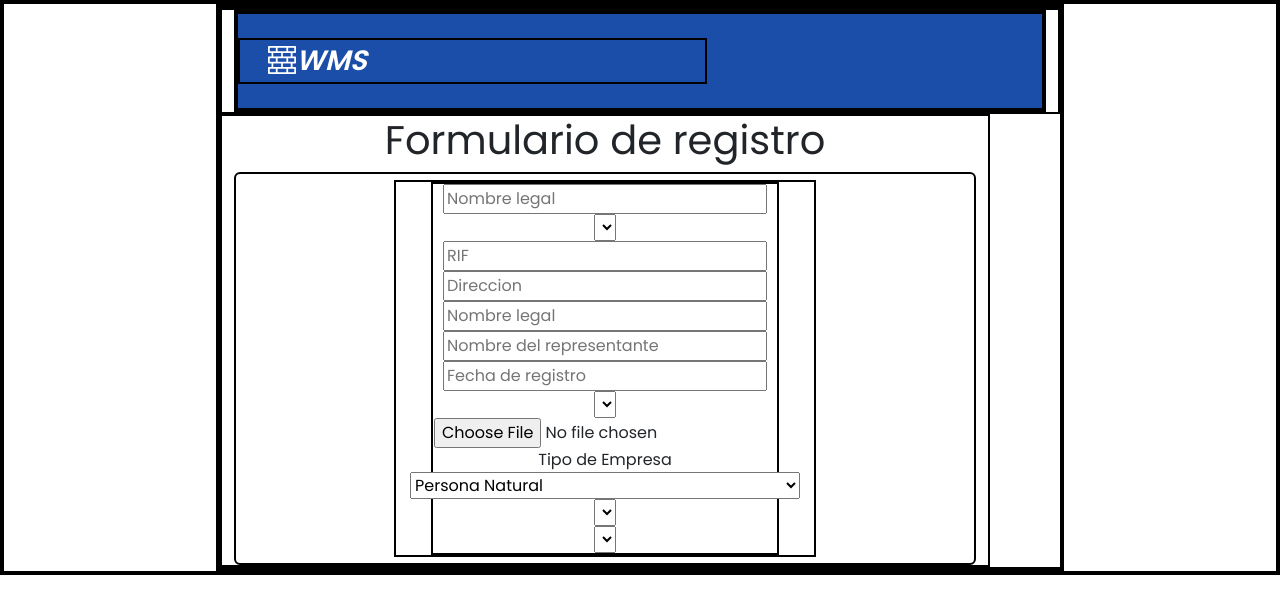
Repository: Rafa-x64/Gestion_inventario_practica
Page: http://localhost/Gestion_inventario/index.php?page=registro-empresa
These files come from the project's save history. The page is drawn as it stood at one moment and after the next save; the edit follows.
The browser window is 1280 px wide. The pictures show the whole page.
The page is run by PHP 8.4 with error messages shown; the project is at /var/www/html/.

Above is the page before, as saved 2025-07-22 17:52:06.

### index.php
<?php
require_once "config/app.php";
require_once "controller/vistaC.php";

$controlador = new vistaC();
$controlador->cargarVista();

### config/app.php
<?php

const SERVERURL = "http://localhost/Gestion_inventario/";

const NOMBRE_APLICACION = "WMS";

const MONEDA = ["bolivar" => "Bs.", "dolar" => "$", "euro" => "€", "pesos" => "$", "real" => "R$"];

date_default_timezone_set("America/Caracas");

### controller/vistaC.php
<?php
require_once("./model/vistaM.php"); //debe incluir el codigo del modelo

class vistaC extends vistaM //extiende del modelo para usar sus metodos
{

    public function cargarVista() //funcion que carga la vista segun la url que se obtiene como parametro
    {
        if (isset($_GET["page"])) { //page es el parametro especificado en .htaccess
            $vista = self::obtenerVista($_GET["page"]); //se asigna esa url a vista si esta establecido
        } else {
            $vista = "inicio-view.php"; //se muestra el inicio si no esta establecido el parametro en la url
        }

        require("view/plantilla.php"); //se requiere la plantilla para poder mostrar esa vista
    }
}

### model/vistaM.php
<?php

class vistaM
{
    //metodo que obtiene la vista que se le asigna en $pagina
    protected static function obtenerVista($pagina) //recive una variable pagina
    {
        $paginas_existentes = ["404", "inicio-sesion", "inicio", "registro-empresa"]; //lista de paginas del proyecto
        if (!in_array($pagina, $paginas_existentes)) { //si no esta en el array entonces...
            return "404-view.php"; //pagina de 404
            exit();
        }

        return $pagina . "-view.php"; //retorna $pagina-view para ser abierta por el controlador si esa pagina existe en la lista
    }
}

### view/plantilla.php
    <?php

    //aqui se ejecuta la vista y se muestran los includes si la pagina cumple cierta condicion

    if ($vista != "inicio-view.php" && $vista != "404-view.php" && $vista != "inicio-sesion-view.php" && $vista != "registro-empresa-view.php") {
        include("view/includes/links.php");
        require("view/includes/header.html");
        include("php/" . $vista);
        require("view/includes/footer.html");
        include("view/includes/scripts.php");
    }

    include("view/includes/links.php");
    require("php/" . $vista);
    include("view/includes/scripts.php");

    ?>

### view/includes/links.php
<!DOCTYPE html>
<html lang="en">

<head>
    <meta charset="UTF-8">
    <meta name="viewport" content="width=device-width, initial-scale=1.0">
    <title><?php echo NOMBRE_APLICACION; ?></title>
    <link href="https://cdn.jsdelivr.net/npm/bootstrap@5.3.7/dist/css/bootstrap.min.css" rel="stylesheet"
        integrity="sha384-LN+7fdVzj6u52u30Kp6M/trliBMCMKTyK833zpbD+pXdCLuTusPj697FH4R/5mcr" crossorigin="anonymous">
    <link rel="stylesheet" href="https://cdn.jsdelivr.net/npm/bootstrap-icons@1.10.5/font/bootstrap-icons.css">
    <link rel="stylesheet" href="<?php echo SERVERURL ?>view/css/bordes.css">
    <link rel="stylesheet" href="<?php echo SERVERURL ?>view/css/inicio-view.css">
    <link rel="shortcut icon" href="<?php echo SERVERURL ?>view/images/bootstrap-fill.ico" type="image/x-icon">
    <link rel="stylesheet" href="<?php echo SERVERURL ?>view/css/registro-empresa-view.css">
</head>

<body>

### view/php/registro-empresa-view.php
<style>
    [class*="col"],
    [class*="row"],
    [class*="section"] {
        border: 2px solid black;
    }

    [class*="container"] {
        border: 2px solid black;
    }
</style>
<div class="container-fluid">
    <div class="row d-flex flex-column align-items-center justify-content-center">
        <div class="col-8 align-items-center justify-content-center">
            <div class="row">
                <div class="col">
                    <header id="barra-navegacion">
                        <div class="container-fluid pt">
                            <div class="row flex-row py-4">
                                <div class="col-7 d-flex flex-row justify-content-start">
                                    <i class="bi bi-bricks fs-3 ps-3 text-white">WMS</i>
                                </div>
                            </div>
                        </div>
                    </header>
                </div>
                <div class="col-11 d-flex flex-column align-items-center justify-content-center">
                    <h1>Formulario de registro</h1>
                    <form action="" method="post" class="form-control d-flex flex-column align-items-center justify-content-center">
                        <div class="row d-flex flex-row align-items-center justify-content-center">
                            <div class="col-10 d-flex flex-column align-items-center justify-content-center">
                                <input type="text" name="" id="nombre_legal" placeholder="Nombre legal">
                                <select name="" id="">
                                    <option value=""></option>
                                    <option value=""></option>
                                    <option value=""></option>
                                    <option value=""></option>
                                    <option value=""></option>
                                    <option value=""></option>
                                </select><input type="text" name="" id="rif" placeholder="RIF"><input type="text" name="" id="direccion" placeholder="Direccion"><input type="text" name="" id="nombre_legal" placeholder="Nombre legal">
                                <input:mail id="correo" placeholder="Correo electronico"></input:mail>
                                <input type="text" name="" id="nombre_representante" placeholder="Nombre del representante"><input type="text" name="" id="fecha_registro" placeholder="Fecha de registro">
                                <select name="" id="">
                                    <option value=""></option>
                                    <option value=""></option>
                                </select><input type="file" name="" id="logo"><label for="">Tipo de Empresa</label>
                                <select name="tipo_empresa" id="">
                                    <option value="persona_natural">Persona Natural</option>
                                    <option value="sociedad_anonima">Sociedad Anónima (S.A.)</option>
                                    <option value="sociedad_de_responsabilidad_limitada">Sociedad de Responsabilidad Limitada (S.R.L.)</option>
                                    <option value="sociedad_comanditaria">Sociedad Comanditaria</option>
                                    <option value="sociedad_civil">Sociedad Civil</option>
                                    <option value="cooperativa">Cooperativa</option>
                                    <option value="fundacion">Fundación</option>
                                    <option value="comunidad_de_bienes">Comunidad de Bienes</option>
                                    <option value="empresa_del_estado">Empresa del Estado</option>
                                    <option value="comercial">Comercial</option>
                                    <option value="industrial">Industrial</option>
                                    <option value="servicios">Servicios</option>
                                    <option value="agropecuario">Agropecuario</option>
                                    <option value="tecnologico">Tecnológico</option>
                                    <option value="salud">Salud</option>
                                    <option value="educacion">Educación</option>
                                    <option value="transporte">Transporte</option>
                                    <option value="construccion">Construcción</option>
                                    <option value="turismo">Turismo</option>
                                    <option value="financiero">Financiero</option>
                                    <option value="energia">Energía</option>
                                    <option value="local">Local</option>
                                    <option value="regional">Regional</option>
                                    <option value="nacional">Nacional</option>
                                    <option value="multinacional">Multinacional</option>
                                    <option value="transnacional">Transnacional</option>
                                    <option value="microempresa">Microempresa</option>
                                    <option value="pequena">Pequeña</option>
                                    <option value="mediana">Mediana</option>
                                    <option value="grande">Grande</option>
                                    <option value="privada">Privada</option>
                                    <option value="publica">Pública</option>
                                    <option value="mixta">Mixta</option>
                                    <option value="primario">Primario</option>
                                    <option value="secundario">Secundario</option>
                                    <option value="terciario">Terciario</option>
                                    <option value="cuaternario">Cuaternario</option>
                                    <option value="quinario">Quinario</option>
                                </select>
                                <select name="" id="">Moneda
                                    <option value=""></option>
                                    <option value=""></option>
                                    <option value=""></option>
                                </select><select name="" id="">Zona horaria
                                    <option value=""></option>
                                </select>
                            </div>
                        </div>
                    </form>
                </div>
            </div>
        </div>
    </div>
</div>

<?php
include("./controller/registroEmpresaC.php");
$registro = registroEmpresaC::getFormulario($_POST);
?>

### controller/registroEmpresaC.php
<?php

include_once("./model/mainModel.php");
include_once("./model/empresaM.php");

class registroEmpresaC extends mainModel
{

    public static function getFormulario($formulario) {}

    public static function validar_rif()
    {
        /*Se usa el algoritmo Módulo 11, que toma los primeros 9 caracteres y les aplica una
        fórmula ponderada. El resultado final es el dígito verificador que valida el número
        completo.*/
    }
}

### model/mainModel.php
<?php

include_once("./config/server.php");

class mainModel
{

    protected static function conectar_base_datos()
    {
        try {
            $con = new PDO(SGBD, USUARIO, CONSTRASEÑA);
            $con->exec("SET CARACTER SET utf8");
            return $con;
        } catch (PDOException $e) {
            echo $e->getMessage();
        }
    }

    protected static function consulta_simple($sentenciaSQL)
    {
        $operacion = self::conectar_base_datos()->prepare($sentenciaSQL);
        $operacion->execute();
        return $operacion;
    }
}

### config/server.php
<?php

const SGBD = "mysql:host=localhost;dbname=WMS";

const USUARIO = "root";

const CONSTRASEÑA = "";

const METHOD = "AES-256-CBC";

### model/empresaM.php
<?php

include_once("./model/mainModel.php");

class empresaM extends mainModel
{
    private $id_empresa = ""; //crear una funcion que genere el id de la empresa
    private $nombre_legal = "";
    private $rif = ""; //validar que sea un rif valido segun el pais
    private $direccion = "";
    private $contacto = "";
    private $correo = "";
    private $nombre_representante = "";
    private $fecha_registro = ""; //date
    private $estado_condicion = ""; //booleano
    private $logo = ""; //imagen;
    private $tipo_empresa = "";
    private $moneda = ""; //seleccionar las monedas existentes en ./config/server.php
    private $zona_horaria = "";

    public function __construct(
        $nombre_legal,
        $rif,
        $direccion,
        $contacto,
        $correo,
        $nombre_representante,
        $fecha_registro,
        $estado_condicion,
        $logo,
        $tipo_empresa,
        $moneda,
        $zona_horaria
    ) {
        $this->id_empresa = $this->generarIdEmpresa();
        $this->nombre_legal = $nombre_legal;
        $this->rif = $rif;
        $this->direccion = $direccion;
        $this->contacto = $contacto;
        $this->correo = $correo;
        $this->nombre_representante = $nombre_representante;
        $this->fecha_registro = $fecha_registro;
        $this->estado_condicion = $estado_condicion;
        $this->logo = $logo;
        $this->tipo_empresa = $tipo_empresa;
        $this->moneda = $moneda;
        $this->zona_horaria = $zona_horaria;
    }

    private function generarIdEmpresa()
    {
        return uniqid("EMP_");
    }

    public function getIdEmpresa()
    {
        return $this->id_empresa;
    }

    public function getNombreLegal()
    {
        return $this->nombre_legal;
    }

    public function setNombreLegal($nombre_legal)
    {
        $this->nombre_legal = $nombre_legal;
    }

    public function getRif()
    {
        return $this->rif;
    }

    public function setRif($rif)
    {
        $this->rif = $rif;
    }

    public function getDireccion()
    {
        return $this->direccion;
    }

    public function setDireccion($direccion)
    {
        $this->direccion = $direccion;
    }

    public function getContacto()
    {
        return $this->contacto;
    }

    public function setContacto($contacto)
    {
        $this->contacto = $contacto;
    }

    public function getCorreo()
    {
        return $this->correo;
    }

    public function setCorreo($correo)
    {
        $this->correo = $correo;
    }

    public function getNombreRepresentante()
    {
        return $this->nombre_representante;
    }

    public function setNombreRepresentante($nombre_representante)
    {
        $this->nombre_representante = $nombre_representante;
    }

    public function getFechaRegistro()
    {
        return $this->fecha_registro;
    }

    public function setFechaRegistro($fecha_registro)
    {
        $this->fecha_registro = $fecha_registro;
    }

    public function getEstadoCondicion()
    {
        return $this->estado_condicion;
    }

    public function setEstadoCondicion($estado_condicion)
    {
        $this->estado_condicion = $estado_condicion;
    }

    public function getLogo()
    {
        return $this->logo;
    }

    public function setLogo($logo)
    {
        $this->logo = $logo;
    }

    public function getTipoEmpresa()
    {
        return $this->tipo_empresa;
    }

    public function setTipoEmpresa($tipo_empresa)
    {
        $this->tipo_empresa = $tipo_empresa;
    }

    public function getMoneda()
    {
        return $this->moneda;
    }

    public function setMoneda($moneda)
    {
        $this->moneda = $moneda;
    }

    public function getZonaHoraria()
    {
        return $this->zona_horaria;
    }

    public function setZonaHoraria($zona_horaria)
    {
        $this->zona_horaria = $zona_horaria;
    }

    public function __toString()
    {
        return "Empresa: {$this->nombre_legal}, RIF: {$this->rif}, Dirección: {$this->direccion}, Contacto: {$this->contacto}, Correo: {$this->correo}, Representante: {$this->nombre_representante}, Fecha de registro: {$this->fecha_registro}, Estado: {$this->estado_condicion}, Tipo: {$this->tipo_empresa}, Moneda: {$this->moneda}, Zona horaria: {$this->zona_horaria}";
    }
}

### view/includes/scripts.php
</body>

<script src="https://cdn.jsdelivr.net/npm/bootstrap@5.3.7/dist/js/bootstrap.bundle.min.js"
    integrity="sha384-ndDqU0Gzau9qJ1lfW4pNLlhNTkCfHzAVBReH9diLvGRem5+R9g2FzA8ZGN954O5Q"
    crossorigin="anonymous">
</script>

</html>

### view/css/bordes.css
@import url('https://fonts.googleapis.com/css2?family=Poppins:wght@300;400;600&display=swap');

body {
    margin: 0;
    padding: 0;
    font-size: 1rem;
    font-weight: 600;
    font-family: 'Poppins', sans-serif;
}

/*----------comentar para ocultar los bordes visibles--------------*/
[class*="col"],
[class*="row"],
[class*="section"] {
    border: 2px solid black;
}

[class*="container"] {
    border: 2px solid black;
}

### view/css/inicio-view.css
#main {
    background-color: #e5eeff;
}

#barra-navegacion {
    background-color: #1a4ea9;
}

#eslogan {
    color: white;
}

#registro-sesion a {
    text-decoration: none;
    color: white;
    border-radius: 1rem;
}

#registro,
#inicio-sesion {
    border-radius: 1rem;
}



#conocenos h1 {
    color: #1a4ea9;
    font-size: 3.5rem;
    font-weight: bold;
}

#comparativa {
    position: relative;
    background-color: white;
    border-radius: 1rem;
    box-shadow: 0 4px 12px #c5d3e0;
}

.icono-superior {
    position: absolute;
    top: -25px;
    /* sobresale por arriba */
    right: -20px;
    /* sobresale por la izquierda */
    z-index: 9999;
}

#comparativa h1 {
    font-size: 2.5rem;
    font-weight: bold;
}

#comparativa i {
    color: #00923F !important;
}

#comparativa b {
    color: #1a4ea9;
}

Loaded but not shown: view/css/registro-empresa-view.css (no copy from this time; the picture is the same without it)

After the next save:
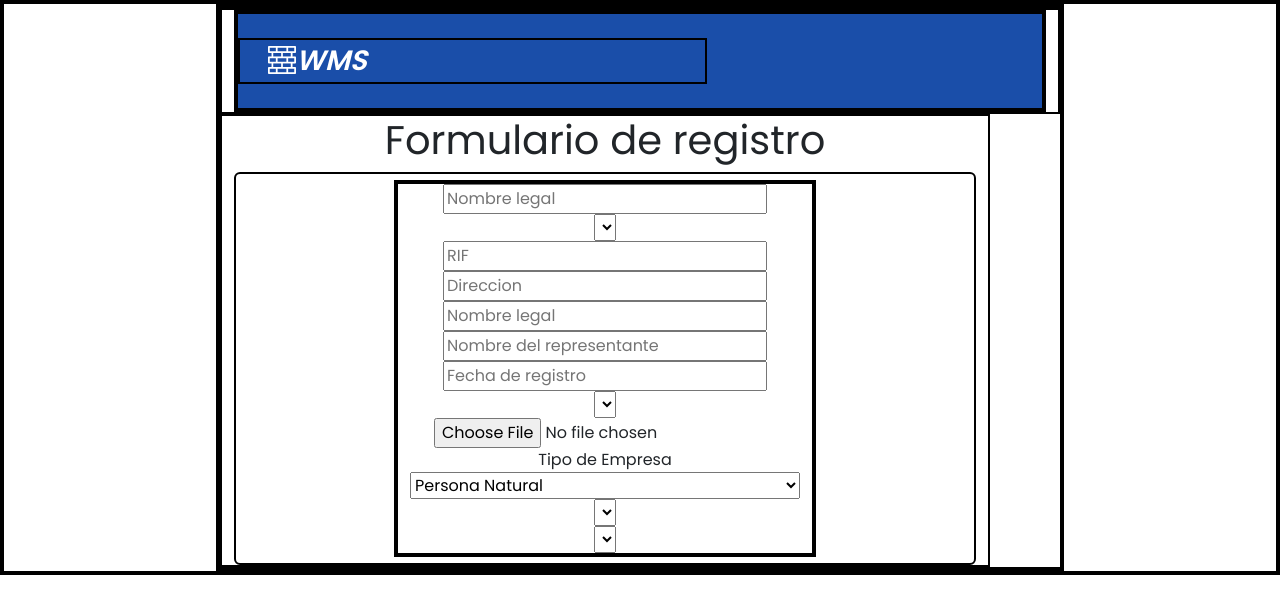
Saved 51 s later.
--- a/view/php/registro-empresa-view.php
+++ b/view/php/registro-empresa-view.php
@@ -28,7 +28,7 @@
                     <h1>Formulario de registro</h1>
                     <form action="" method="post" class="form-control d-flex flex-column align-items-center justify-content-center">
                         <div class="row d-flex flex-row align-items-center justify-content-center">
-                            <div class="col-10 d-flex flex-column align-items-center justify-content-center">
+                            <div class="col-12 d-flex flex-column align-items-center justify-content-center">
                                 <input type="text" name="" id="nombre_legal" placeholder="Nombre legal">
                                 <select name="" id="">
                                     <option value=""></option>
